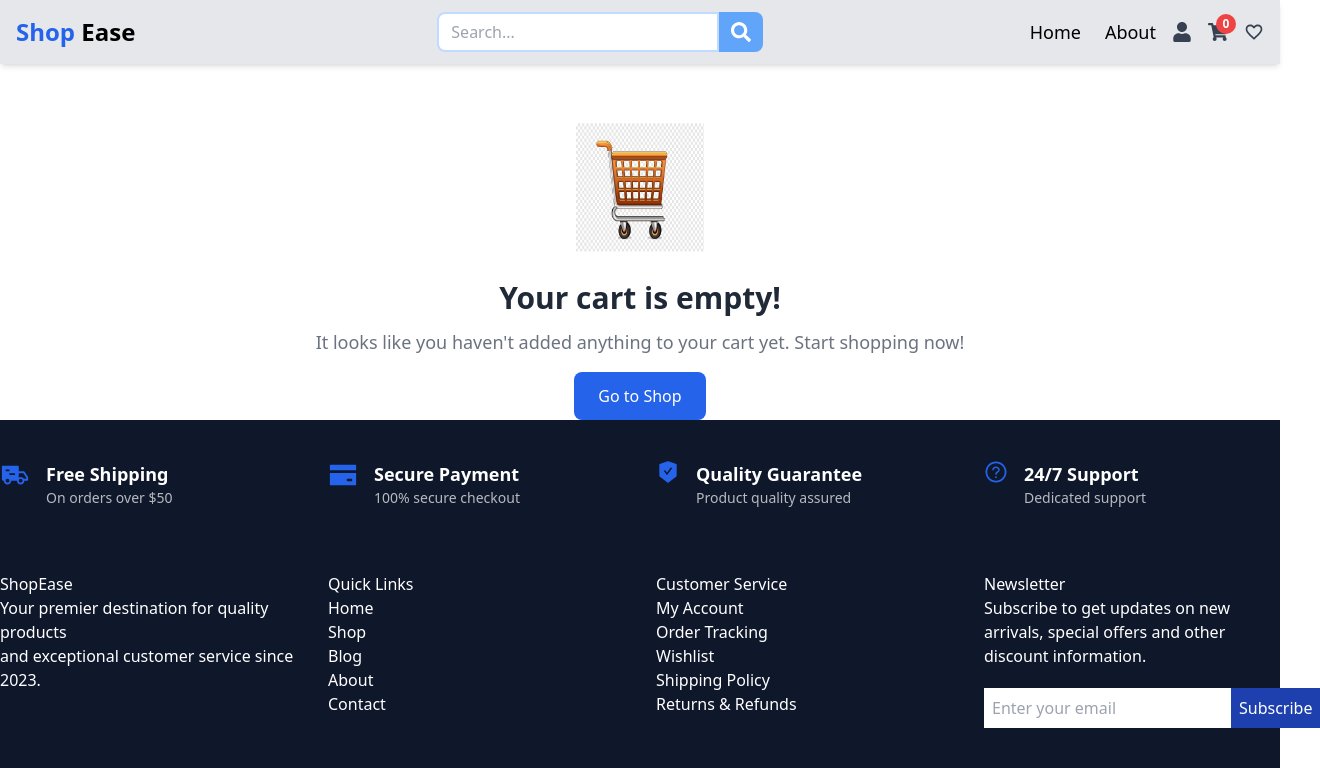
Repository: Muyassar-Mamdoh-Salem/project
Page: /cart
An editor plug-in stored every save of this project. The page is shown before and after the next save, followed by the edit.
The browser window is 1280 px wide. The page is 1320 px wide, then 1280 px, so the pictures cover 1320 px, including what lies to the right of the window. The pictures show the whole page.
The project was rebuilt for these pictures with package versions that can differ from the ones it lists, and the page was loaded fresh each time. Also part of the build but not shown: vite.config.js, src/pages/Sign.jsx, src/pages/Products.jsx, src/pages/Banner.jsx, src/components/Home.jsx, src/components/Shop.jsx, src/components/Categories.jsx, src/pages/Regpage.jsx and 1 more.

Above is the page before, as saved 2025-05-20 22:49:02.

After the next save:
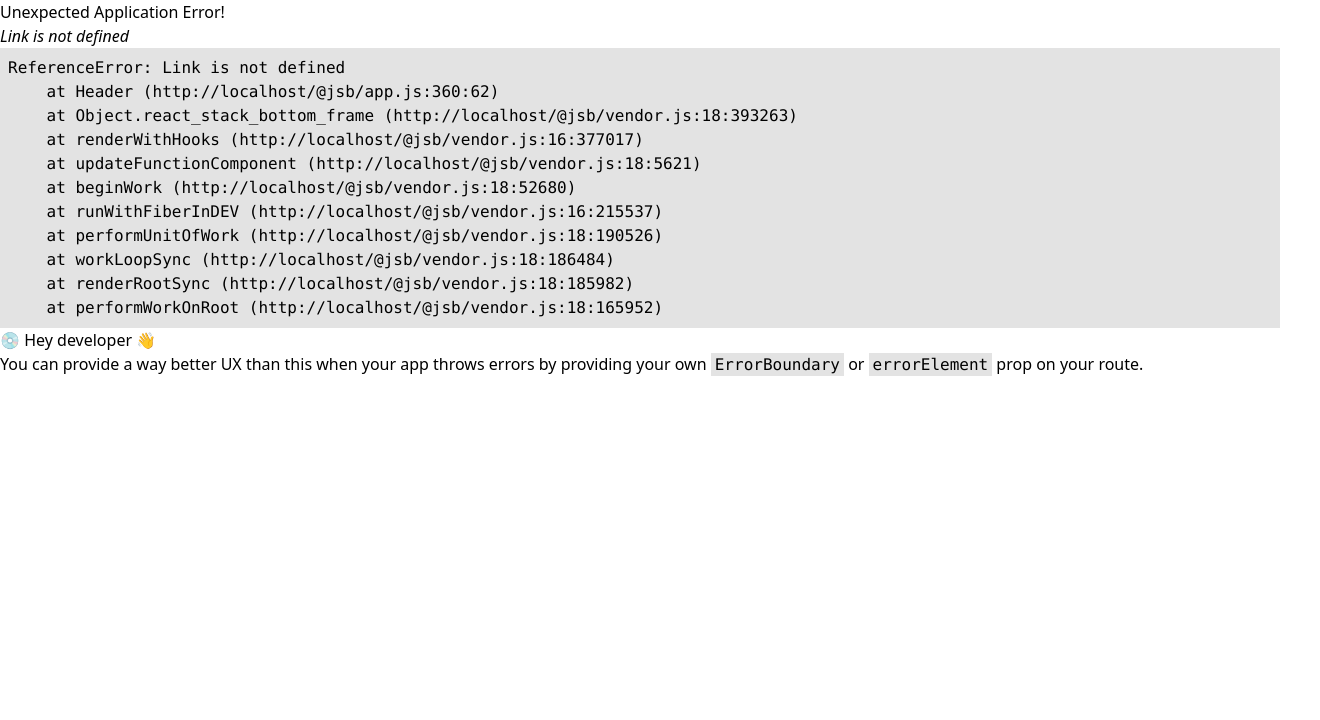
Saved 21 s later.
--- a/src/components/Header.jsx
+++ b/src/components/Header.jsx
@@ -88,9 +88,9 @@ const Header = () => {
                 </span>
                 <FaShoppingCart className="text-xl hover:text-blue-500 cursor-pointer transition duration-300" />
               </HashLink>
-              <HashLink >
+              <Link >
               <MdFavoriteBorder className="hover:text-blue-500 cursor-pointer transition duration-300" />
-              </HashLink>
+              </Link>
             </div>
 
             {/* Mobile Menu Button */}
